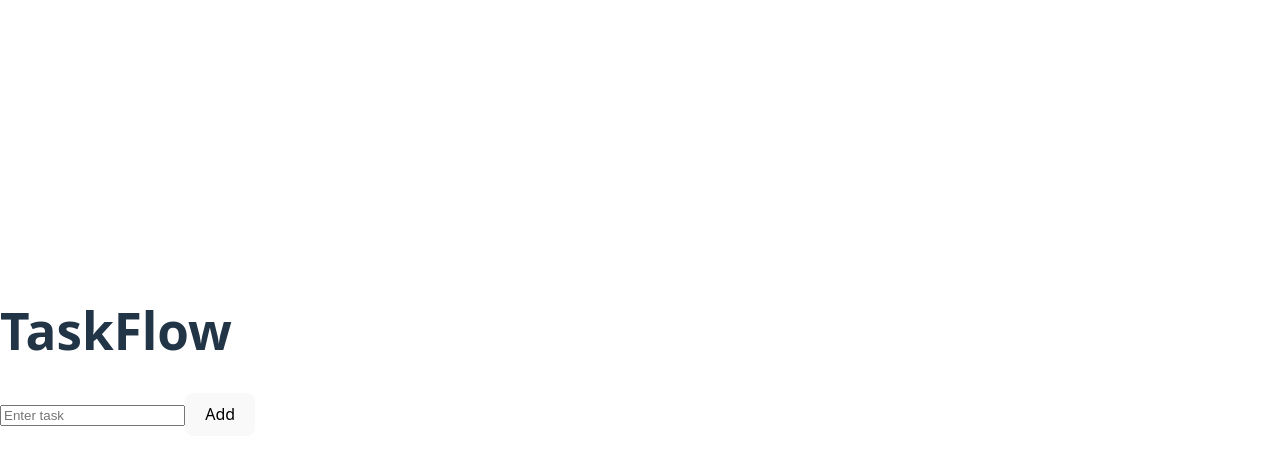
Repository: lissaintech/TaskFlow
Page: /
These files come from the project's save history. The page is drawn as it stood at one moment and after the next save; the edit follows.
The browser window is 1280 px wide. The pictures show the whole page.
The project was rebuilt for these pictures with package versions that can differ from the ones it lists, and the page was loaded fresh each time. Also part of the build but not shown: vite.config.js.

Above is the page before, as saved 2026-02-11 15:01:50.

### index.html
<!doctype html>
<html lang="en">
  <head>
    <meta charset="UTF-8" />
    <link rel="icon" type="image/svg+xml" href="/vite.svg" />
    <meta name="viewport" content="width=device-width, initial-scale=1.0" />
    <title>taskflow</title>
  </head>
  <body>
    <div id="root"></div>
    <script type="module" src="/src/main.jsx"></script>
  </body>
</html>

### src/App.jsx
import { useEffect, useState } from 'react'

function App() {

  const [input, setInput] = useState("");

  const [tasks, setTasks] = useState([]);

  const addTask = () => {
    if(input.trim()=="") return;

    const newTask = {
      title : input,
      status : "Todo"
    }

    setTasks([...tasks, newTask])
    setInput("");
  };

  const deleteTask = (indexToDelete) => {
    const updatedTasks = tasks.filter((_, index) => index!= indexToDelete)
    setTasks(updatedTasks);
  }

  useEffect(()=> {
    const saved = localStorage.getItem("tasks");

    if(saved){
      setTasks(JSON.parse(saved));
    }
  }, []);

  useEffect(() => {
    localStorage.setItem("tasks", JSON.stringify(tasks));
  }, [tasks]);

  return (
    <div>
      <h1>TaskFlow</h1>

      <input
        value={input}
        onChange={(e) => setInput(e.target.value)}
        placeholder="Enter task"
      />

      <button onClick={addTask}>Add</button>

      <ul>
        {tasks.map((task,index) => (
          <li key={index}>
            {task}
            <button onClick={() =>{
              deleteTask(index)
            }}>Delete</button>
          </li>
        ))}
      </ul>
    </div>
  );
}

export default App;

Loaded but not shown: src/main.jsx (common file); src/index.css (common file)

After the next save:
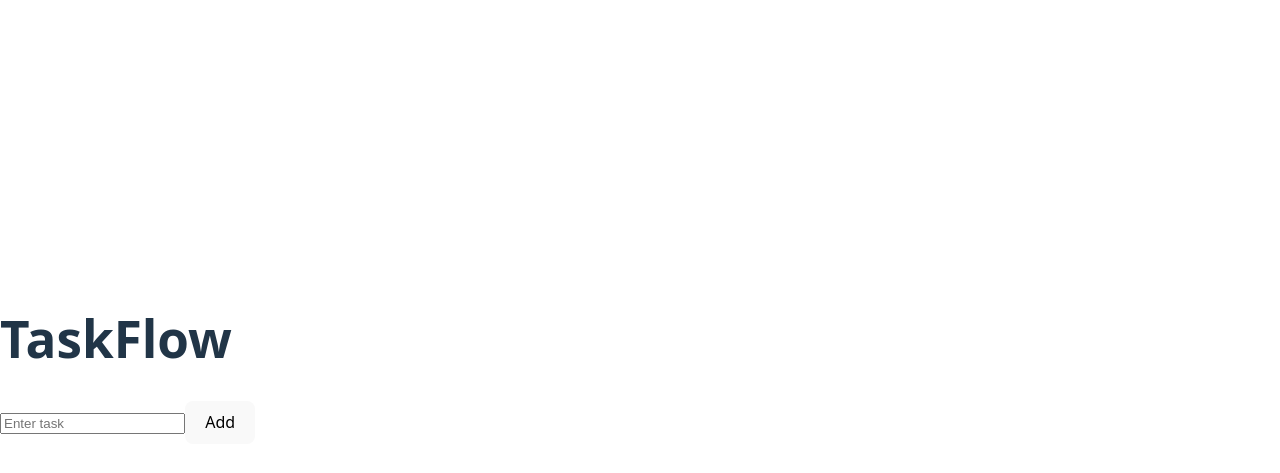
Saved 90 s later.
--- a/src/App.jsx
+++ b/src/App.jsx
@@ -47,16 +47,7 @@
 
       <button onClick={addTask}>Add</button>
 
-      <ul>
-        {tasks.map((task,index) => (
-          <li key={index}>
-            {task}
-            <button onClick={() =>{
-              deleteTask(index)
-            }}>Delete</button>
-          </li>
-        ))}
-      </ul>
+
     </div>
   );
 }
